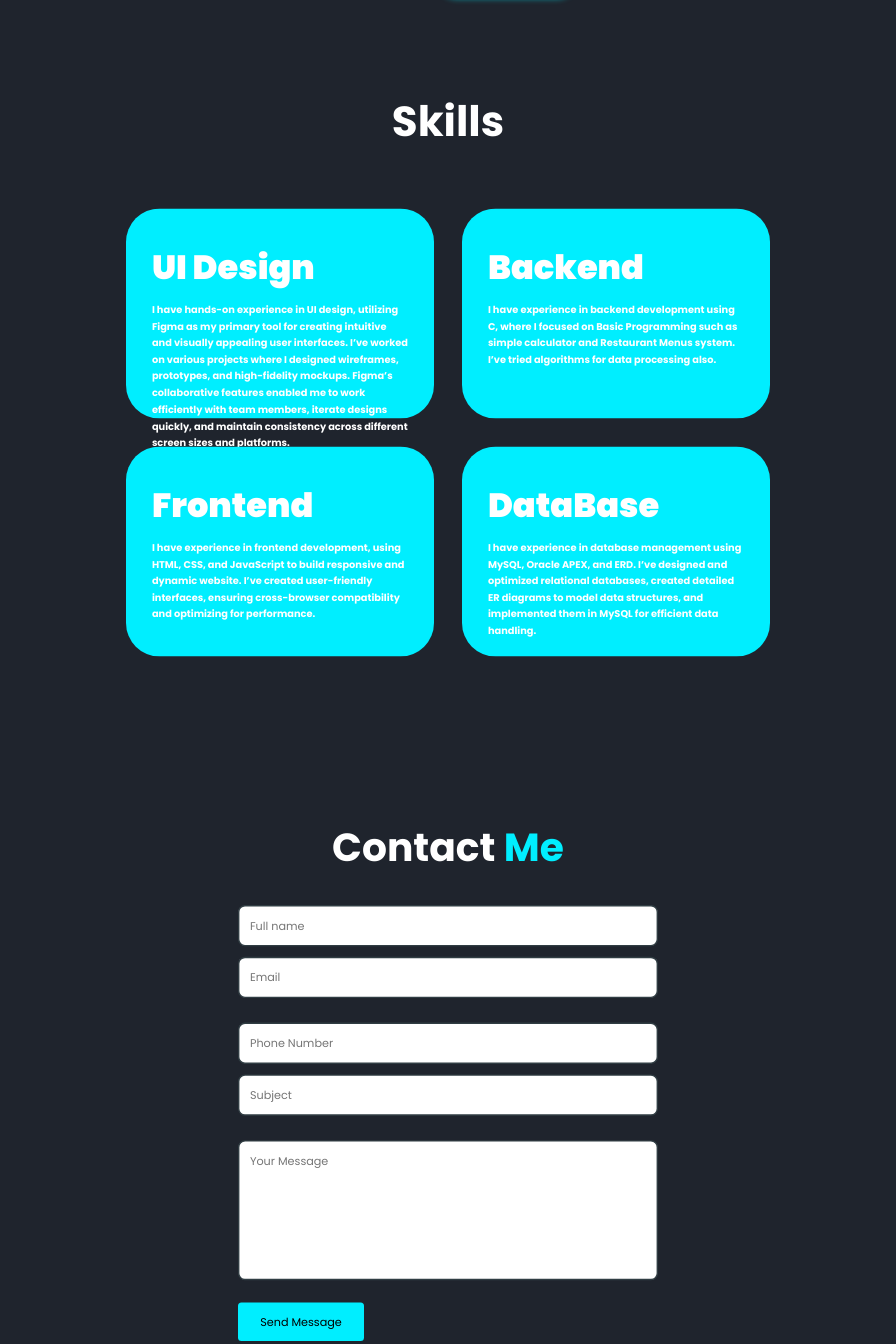
Repository: Olovrelvino/personalWebsite-HtmlCssJs-project
Page: main.html
The author's editor kept a copy of each file at every save. The page is drawn from the files as they stood at one save, then again after the next save.
The browser window is 1280 px wide. The pictures show the part of the page from y = 1397 to 3317 px (the page is 3629 px tall before and 3581 px after), at 70% of full size.
Some web libraries are served in a nearby version.

Above is the page before, as saved 2024-09-23 22:53:50.

After the next save:
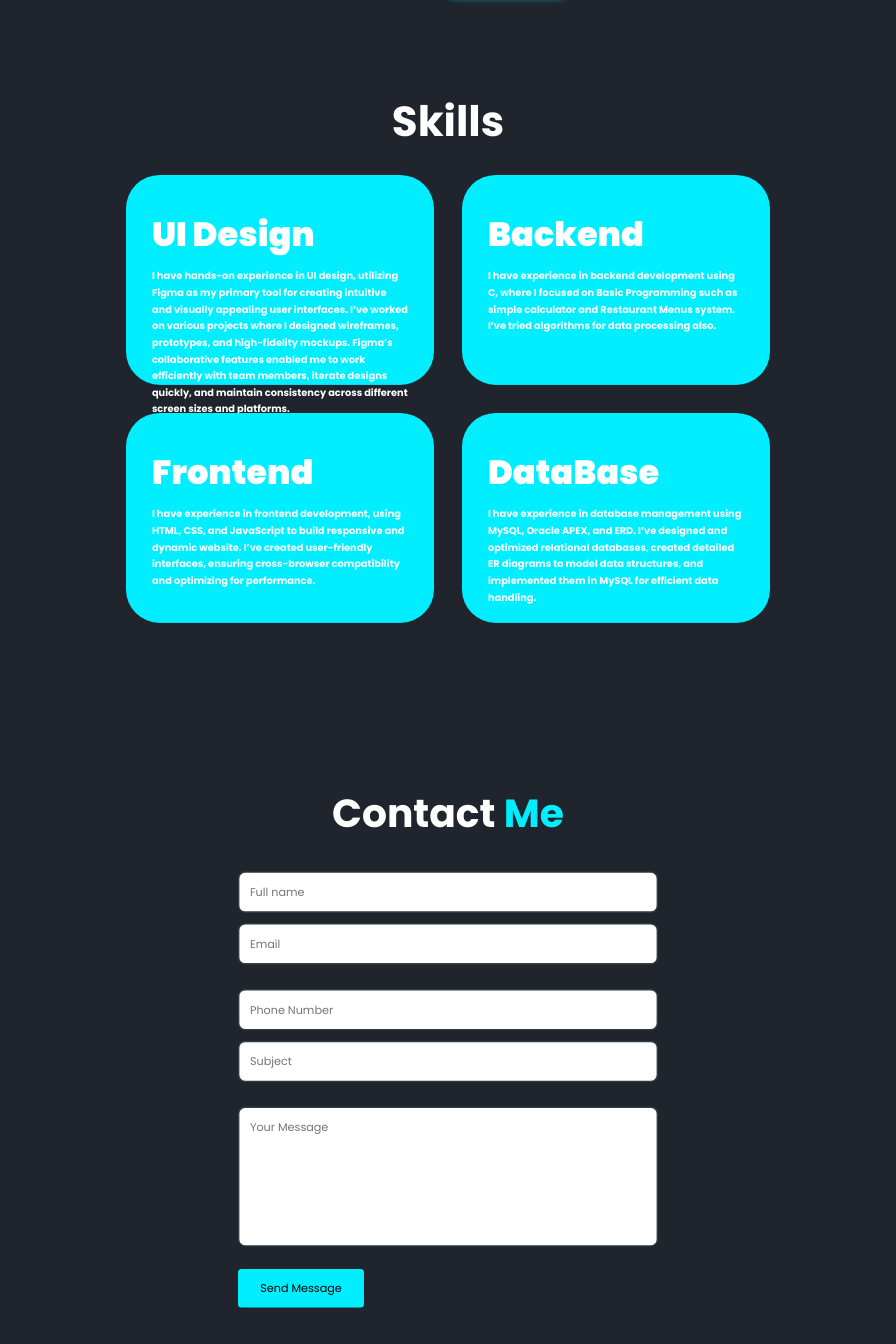
Saved 93 s later.
--- a/style.css
+++ b/style.css
@@ -341,7 +341,7 @@ body {
 }
 
 .skills-text h2 {
-    margin-bottom: 5rem;
+    margin-bottom: 2rem;
     font-size: 60px;
     text-align: center;
     color: #fff;
